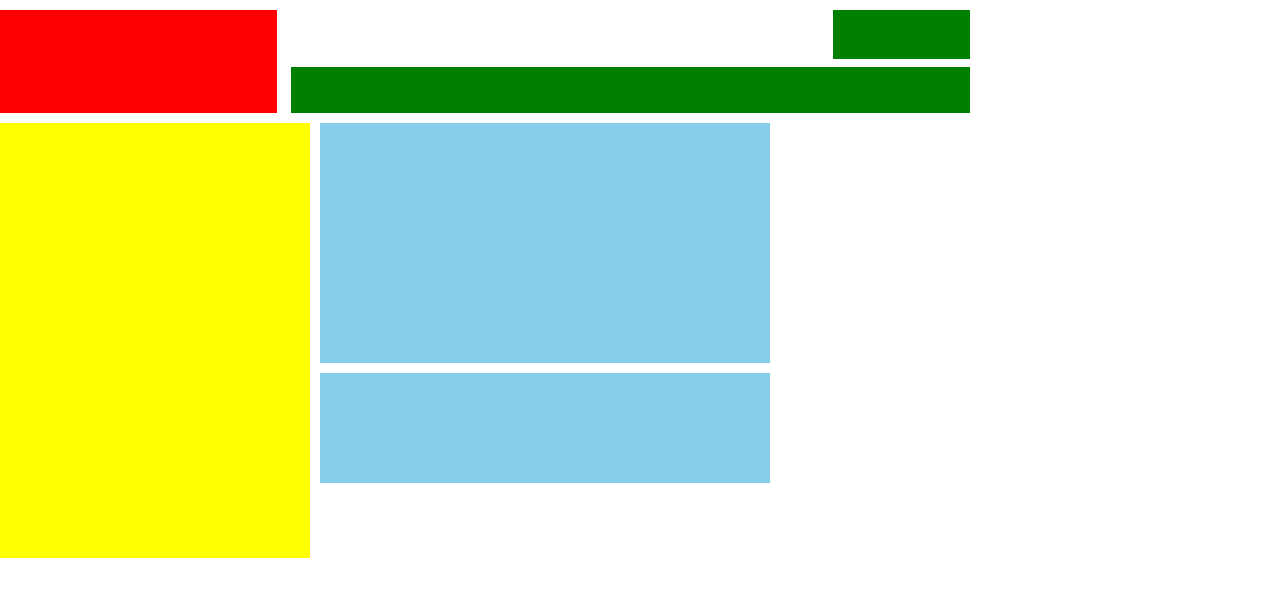
Repository: KaibutsuSama/CodePracticeExample
Page: Html5+Css3/Css3/04.浮动/03.homework.html
The author's editor kept a copy of each file at every save. The page is drawn from the files as they stood at one save, then again after a run of saves.
The browser window is 1280 px wide. The pictures show the whole page.

Above is the page before, as saved 2023-01-29 23:41:37.

After the next 4 saves:
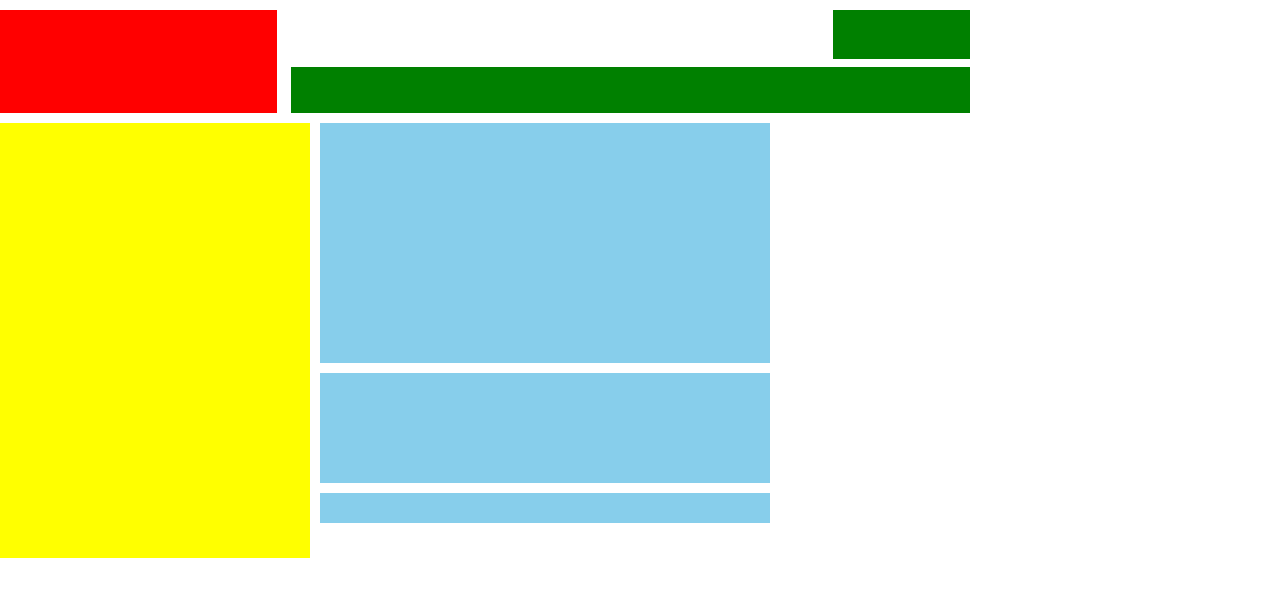
The 4 saves are shown as one change because they came seconds apart.
The last was saved 10 s later.
--- a/Html5+Css3/Css3/04.浮动/03.homework.html
+++ b/Html5+Css3/Css3/04.浮动/03.homework.html
@@ -75,7 +75,9 @@
 
         .content .mainbanner .bannerfooter{
             float: left;
-            w
+            width: 450px;
+            height: 30px;
+            background-color: skyblue;
         }
 
 
